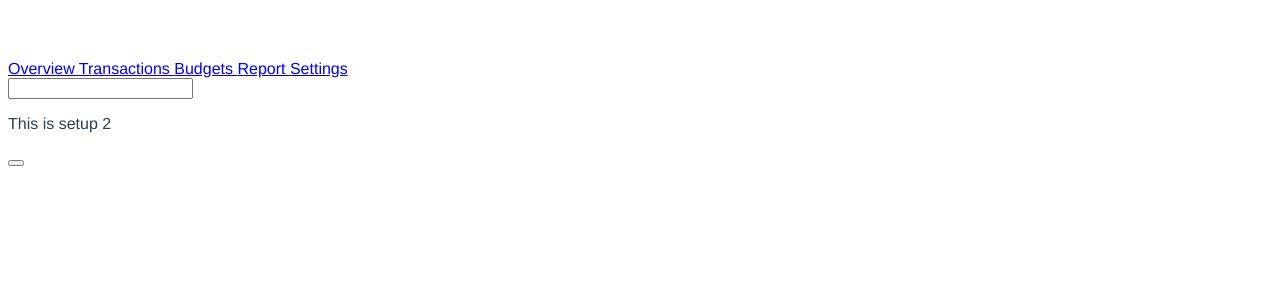
Repository: bxTruong/project7-jsonserver-router
Page: /
These files come from the project's save history. The page is drawn as it stood at one moment and after a run of saves; the edit follows.
The browser window is 1280 px wide. The pictures show the whole page.
The project was rebuilt for these pictures with package versions that can differ from the ones it lists, and the page was loaded fresh each time. Also part of the build but not shown: vue.config.js, src/pages/transactions.vue, src/pages/transaction-detail.vue, src/pages/not-found.vue.

Above is the page before, as saved 2023-01-05 08:15:25.

### src/main.js
import { createApp } from 'vue'
import App from './App.vue'
import router from "./router";

createApp(App).use(router).mount('#app')

### src/App.vue
<template>
  <Nav/>
  <router-view/>
</template>

<script>
import Nav from "./components/Nav.vue";

export default {
  name: 'App',
  components: {
    Nav
  }
}
</script>

<style>
#app {
  font-family: Avenir, Helvetica, Arial, sans-serif;
  color: #2c3e50;
  margin-top: 60px;
}
</style>

### src/router.js
import { createRouter, createWebHistory } from "vue-router";
import Home from "./pages/home.vue";
import Transactions from "./pages/transactions.vue";
import TransactionDetail from "./pages/transaction-detail.vue";
import NotFound from "./pages/not-found.vue";

const routes = [
    { path: "/", name: "home-route", component: Home },
    { path: "/transactions", name: "transactions-route", component: Transactions },
    { path: "/transactions/:id", name: "transaction-detail-route", component: TransactionDetail },
    { path: "/ts", name: "ts-route", redirect: "/transactions" },
    { path: '/:pathMatch(.*)*', name: 'not-found', component: NotFound },
]

const router = createRouter({
    history: createWebHistory(process.env.BASE_URL),
    routes
})


export default router;

### src/components/Nav.vue
<template>

    <nav class="nav">
        <router-link :to="{name: 'home-route'}"> Overview </router-link>
        <router-link :to="{name: 'transactions-route'}"> Transactions </router-link>
        <router-link to="/"> Budgets </router-link>
        <router-link to="/"> Report </router-link>
        <router-link to="/"> Settings </router-link>
    </nav>

</template>

### src/pages/home.vue
<template>
    <!-- <h1>{{ firstName }}</h1>
    <h2>{{ secondName }}</h2>
    <h3>{{ car }}</h3>
    <button @click="onChangeSomething">Click me</button> -->
<input type="text" v-model="searchText">
<ul>
    <li v-for="item in fruitSelected" :key="item">
    <p>{{ item }}</p>
    </li>
</ul>
<p> {{setUp2}} </p>
<button></button>
</template>

<script>
import {computed, reactive, ref, watch, watchEffect} from "vue";
export default {
    // setup(){
    //     const firstName = ref("Sky Albert");
    //     const secondName = ref({
    //         name:"Who",
    //         something:"NA"
    //     });
    //     let car = reactive({
    //         price: 10000,
    //         name:"May back"
    //     });

    //     function onChangeSomething(){
    //         car = {
    //             price: 55555,
    //             name: "Porsche"
    //         }

    //         secondName.value = {
    //             name:"I'm",
    //             something:"Here"
    //         }

    //         firstName.value = "David John";
    //     }

    //     return {firstName, secondName, car, onChangeSomething};
    // }

    setup(){
        const searchText = ref("");
        let fruits = reactive(["Apple","Orange","Mango","Lemon","Kiwi"]);
        const fruitSelected = computed(()=> fruits.filter((e2)=>e2.toLowerCase().includes(searchText.value.toLowerCase())));

        watch(searchText,(newValue, oldValue)=>console.log("newValue",newValue + oldValue));

        watchEffect(()=>{if(searchText.value) {console.log("run watchEffect")}});

        return {fruits, searchText, fruitSelected}
    },

    setup(){
        const setUp2=ref("This is setup 2");
        function changeSetUp2(){
            setUp2.value='New value setUp2'
        }
        return { setUp2, changeSetUp2};
    }
}
</script>

Loaded but not shown: public/index.html (common file)

After the next 5 saves:
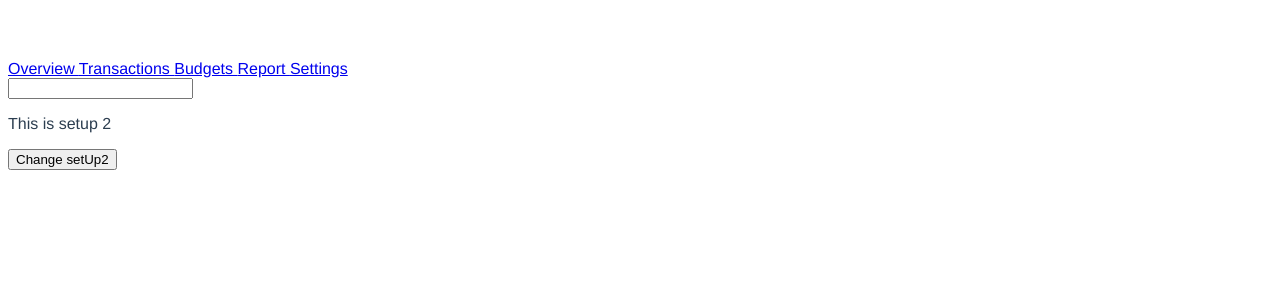
The 5 saves are shown as one change because 1 did not build or start and some came seconds apart.
The last was saved 14 s later.
--- a/src/pages/home.vue
+++ b/src/pages/home.vue
@@ -10,7 +10,7 @@
     </li>
 </ul>
 <p> {{setUp2}} </p>
-<button></button>
+<button @click="changeSetUp2" >Change setUp2</button>
 </template>
 
 <script>
